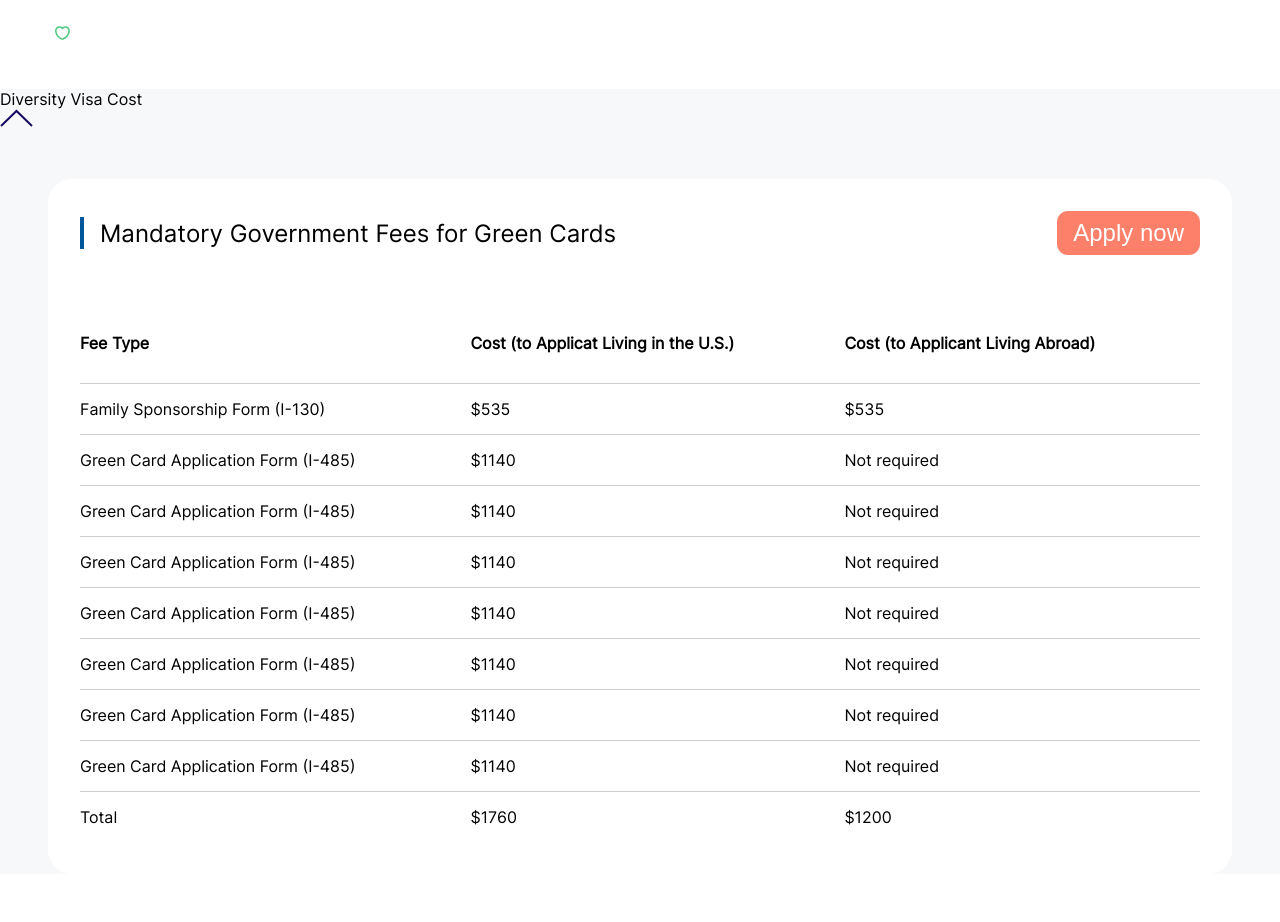
Repository: switch247/small_ui
Page: /, after clicking the first element matching `div.dropdown__clickable`
An editor plug-in stored every save of this project. The page is shown before and after the next save, followed by the edit.
The browser window is 1280 px wide. The pictures show the part of the page from y = 818 to 1770 px (the page is 1740 px tall before and 1770 px after).
The project was rebuilt for these pictures with package versions that can differ from the ones it lists, and the page was loaded fresh each time.

Above is the page before, as saved 2023-10-12 17:20:35.

### src/index.css
@font-face {
  font-family: Inter;
  src: url("./assets/fonts/Inter-Regular.ttf");
}

body {
  margin: 0;
  font-family: Inter;
}

code {
  font-family: source-code-pro, Menlo, Monaco, Consolas, "Courier New",
    monospace;
}

:root {
  --Verde: #4ac97d;
  --Dark_Blue: #1f3655;
  --Darker_Blue: #011527;
  --Cinza_Cairo: #e8e7e7;
  --Cinza_Cairo_2: #cdcbcb;
  --Azul_Escuro: #01264a;
  --Orange: #fd806b;
}

### src/App.tsx
import React from "react";
import "./App.css";
import Home from "./components/Home";
import TableView from "./components/Table";
import Description from "./components/Description";

function App() {
  return (
    <div className="App">
      <Home />
      <Description />
    </div>
  );
}

export default App;

### src/App.css
html {
  position: relative;
}

.App {
  height: 100%;
}

### src/components/Home.tsx
import React from "react";
import BorderdButton from "../elements/BorderdButton";
import "../css/components/Home.css";
import GreenCard from "./GreenCard";
import NumberCard from "../elements/NumberCard";

const Home = () => {
  return (
    <>
      <div className="app__background"></div>
      <main className="main">
        <header className="app__header">
          <img className="gov_assist_logo" src="/images/Govassist.png" alt="" />
          <BorderdButton text="Live Chat" color="white" />
        </header>
        <div className="main__container">
          <div className="main__left__contianer">
            <div className="main__left__title">
              Win the right to live{" "}
              <span style={{ color: "white" }}>
                {" "}
                <br /> in the USA!
              </span>
            </div>
            <div className="main__left__small_container">
              <div className="edge"></div>
              <div className="main__left__desc">
                The official deadline <br />
                is running, so hurry <br />
                up and{" "}
                <span
                  style={{ textDecoration: "underline", cursor: "pointer" }}
                >
                  apply here!
                </span>
              </div>
              <div className="number__list__container">
                <div>
                  <NumberCard number={27} desc="DAYS" />
                </div>
                <div>
                  <NumberCard number={24} desc="HOURS" />
                </div>
                <div>
                  <NumberCard number={60} desc="MINUTES" />
                </div>
                <div>
                  <NumberCard number={27} desc="SECONDS" />
                </div>
              </div>
            </div>
            <div className="main__left__lists">
              <div className="list">
                <img
                  className="list__img"
                  src="/images/🦆 icon _people_.svg"
                  alt=""
                />
                <div className="list__desc">
                  50,000 people and their families will Live, Work and Study in
                  USA.
                </div>
              </div>
              <div className="list">
                <img
                  className="list__img"
                  src="/images/🦆 icon _medal star_.svg"
                  alt=""
                />
                <div className="list__desc">
                  OFFICIAL USA Governmental program.
                </div>
              </div>
              <div className="list">
                <img
                  className="list__img"
                  src="/images/🦆 icon _wallet check_.svg"
                  alt=""
                />
                <div className="list__desc">
                  Your chance to LIVE, WORK & STUDY in USA.
                </div>
              </div>
              <div className="list">
                <img
                  className="list__img"
                  src="/images/🦆 icon _clock_.svg"
                  alt=""
                />
                <div className="list__desc">
                  Simple registration within 5 minutes.
                </div>
              </div>
              <div className="list">
                <img
                  className="list__img"
                  src="/images/🦆 icon _message_.svg"
                  alt=""
                />
                <div className="list__desc">
                  Personal support in every step.
                </div>
              </div>
              <div className="list">
                <img
                  className="list__img"
                  src="/images/🦆 icon _lovely_.svg"
                  alt=""
                />
                <div className="list__desc">
                  Double chance for married people to win the Green Card.
                </div>
              </div>
            </div>
          </div>
          <div className="main__right__contianer">
            <GreenCard />
          </div>
        </div>
      </main>
    </>
  );
};

export default Home;

### src/components/Description.tsx
import { useState } from "react";
import TableView from "./Table";
import "../css/components/Description.css";

const Description = () => {
  const [dropDownState, setDropDownState] = useState(false);
  let img_src = dropDownState ? "/images/up.svg" : "/images/down.svg";
  return (
    <div className="description__container">
      <div className="description__title"></div>
      <div className="description__dropdowns">
        <div className="dropdown">
          <div
            className="dropdown__clickable"
            onClick={() => {
              setDropDownState((dropDownState) => !dropDownState);
            }}
          >
            <div className="dropdown__title">Diversity Visa Cost</div>
            <img src={img_src} alt="" />
          </div>
          {dropDownState ? <TableView /> : null}
        </div>
      </div>
    </div>
  );
};

export default Description;

### src/elements/BorderdButton.tsx
import React from "react";
import "../css/elements/elements.css";

interface Props {
  borderColor?: string;
  text: string;
  color?: string;
  fontSize?: number;
}
const BorderdButton: React.FC<Props> = ({
  text,
  color,
  borderColor,
  fontSize,
}) => {
  return (
    <button
      className="borderd__button"
      style={{ color: color, borderColor: borderColor, fontSize: fontSize }}
    >
      {text}
    </button>
  );
};

export default BorderdButton;

### src/css/components/Home.css
html {
  position: relative;
  font-family: Inter;
}

.App {
  height: 100%;
}

.app__background {
  position: absolute;
  top: 0;
  left: 0;
  z-index: -9;
  background: url("../../../public/images/background.gif");
  background-repeat: no-repeat;
  background-size: cover;
  background-clip: border-box;
  width: 100%;
  height: 100vh;
}

.app__header {
  display: flex;
  background-color: var(--Dark_Blue);
  justify-content: space-between;
  align-items: center;
  padding: 0.5rem 2rem;
  margin: 2rem 3rem;
  border-top-right-radius: 0.7rem;
  border-bottom-right-radius: 0.7rem;
  border-top-left-radius: 0.7rem;
  border-bottom-left-radius: 0.7rem;
}
.gov_assist_logo {
  width: 10rem;
  aspect-ratio: 2/1;
}

.main__container {
  /* width: 100%; */
  display: flex;
  /* gap: 2rem; */
  margin: 3rem;
  justify-content: space-between;
}

.main__left__contianer {
  display: flex;
  flex-direction: column;
  gap: 2rem;
  flex: 1;
}
.main__left__title {
  font-size: 4rem;
  font-style: normal;
  font-weight: 700;
  color: var(--Verde);
}
.main__left__small_container {
  display: flex;
  justify-content: flex-start;
  align-items: center;
  gap: 1rem;
}
.edge {
  width: 5px;
  height: 4.5rem;
  background-color: #d9d9d9;
}
.number__list__container {
  display: flex;
  gap: 0.5rem;
}
.main__left__desc {
  font-size: 1.5rem;
  font-weight: 500;
  color: white;
}
.main__left__lists {
  display: flex;
  flex-direction: column;
  gap: 1rem;
}
.list {
  display: flex;
  gap: 1rem;
}
.list__img {
  width: 1.4rem;
  aspect-ratio: 1/1;
}
.list__desc {
  color: white;
}
.main__right__contianer {
  flex: 1;
  display: flex;
  justify-content: flex-end;
}

### src/components/GreenCard.tsx
import CustomInput from "../elements/CustomInput";
import "../css/components/GreenCard.css";
import CurvedButton from "../elements/CurvedButton";

const GreenCard = () => {
  return (
    <div className="card__container">
      <div className="small__title">
        <img className="arrow_image" src="/images/right_arrow.svg" alt="" />
        <div className="small_title_1">Check now for free</div>
      </div>
      <div className="main__title">Green card eligibility</div>
      <div className="card__name">
        <CustomInput placeholder="First Name" />
        <CustomInput placeholder="Last Name" />
      </div>
      <div className="card__email">
        <CustomInput placeholder="Email Address" />
        <CustomInput placeholder="Your email" />
      </div>
      <div className="card__country">
        <CustomInput placeholder="Your country of birth" />
      </div>

      <div className="card__marital">
        <CustomInput placeholder="Marital status" />
      </div>
      <div className="card_check">
        <input className="checkbox" type="checkbox" />
        <div>Yes, I finished high school OR I have qualifying training.</div>
      </div>
      <div className="card__continue">
        <CurvedButton
          text="Continue"
          color="white"
          backgroundColor="##4AC97D"
          fontSize={20}
        />
      </div>
    </div>
  );
};

export default GreenCard;

### src/elements/NumberCard.tsx
import React from "react";

interface Props {
  number: number;
  desc: string;
}
const NumberCard: React.FC<Props> = ({ number, desc }) => {
  return (
    <div className="number__container">
      <div className="number">{number}</div>
      <div className="desc">{desc}</div>
    </div>
  );
};

export default NumberCard;

### src/components/Table.tsx
import React from "react";
import "../css/components/Table.css";
import CurvedButton from "../elements/CurvedButton";

interface Props {}

const TableView: React.FC<Props> = () => {
  return (
    <div className="tableview__container">
      <div className="tableview__header">
        <div className="left__coint"></div>
        <div className="tableview__title">
          Mandatory Government Fees for Green Cards
        </div>
        <div className="tableview__curved__btn">
          <CurvedButton
            text="Apply now"
            color="white"
            backgroundColor="#fd806b"
            fontSize={24}
          />
        </div>
      </div>
      <table>
        <thead>
          <tr>
            <th>Fee Type</th>
            <th>Cost (to Applicat Living in the U.S.)</th>
            <th>Cost (to Applicant Living Abroad)</th>
          </tr>
        </thead>
        <tbody>
          <tr>
            <td>Family Sponsorship Form (I-130)</td>
            <td>$535</td>
            <td>$535</td>
          </tr>
          <tr>
            <td>Green Card Application Form (I-485)</td>
            <td>$1140</td>
            <td>Not required</td>
          </tr>
          <tr>
            <td>Green Card Application Form (I-485)</td>
            <td>$1140</td>
            <td>Not required</td>
          </tr>
          <tr>
            <td>Green Card Application Form (I-485)</td>
            <td>$1140</td>
            <td>Not required</td>
          </tr>
          <tr>
            <td>Green Card Application Form (I-485)</td>
            <td>$1140</td>
            <td>Not required</td>
          </tr>
          <tr>
            <td>Green Card Application Form (I-485)</td>
            <td>$1140</td>
            <td>Not required</td>
          </tr>
          <tr>
            <td>Green Card Application Form (I-485)</td>
            <td>$1140</td>
            <td>Not required</td>
          </tr>
          <tr>
            <td>Green Card Application Form (I-485)</td>
            <td>$1140</td>
            <td>Not required</td>
          </tr>
          <tr>
            <td className="footer">Total</td>
            <td className="footer">$1760</td>
            <td className="footer">$1200</td>
          </tr>
        </tbody>
      </table>
    </div>
  );
};

export default TableView;

### src/css/components/Description.css
.description__container {
  background-color: #f7f8f9;
}

### src/css/elements/elements.css
.curved__button {
  background-color: var(--Verde);
  outline: none;
  border: none;
  border-top-right-radius: 0.7rem;
  border-bottom-right-radius: 0.7rem;
  border-top-left-radius: 0.7rem;
  border-bottom-left-radius: 0.7rem;
  padding: 0.5rem 1rem;
  transition: all 200ms linear;
  cursor: pointer;
  flex: 1;
}

.curved__button:hover {
  background-color: var(--Verde);
}

.borderd__button {
  outline: none;
  border: 2px solid var(--Cinza_Cairo);
  border-top-right-radius: 0.3rem;
  border-bottom-right-radius: 0.3rem;
  border-top-left-radius: 0.3rem;
  border-bottom-left-radius: 0.3rem;
  padding: 0.7rem 1.2rem;
  transition: all 200ms linear;
  cursor: pointer;
  background-color: rgba(255, 255, 255, 0);
}

.custom_input {
  border: none;
  border-top-right-radius: 0.5rem;
  border-bottom-right-radius: 0.5rem;
  border-top-left-radius: 0.5rem;
  border-bottom-left-radius: 0.5rem;
  font-style: italic;
  padding: 0.7rem 0.7rem;
  background-color: var(--Cinza_Cairo);
  flex: 1;
  font-size: 1.2rem;
}
.custom_input:focus {
  outline: none;
}

.custom_input::placeholder {
  font-style: italic;
  color: var(--Cinza_Cairo_2);
  font-weight: 200;
  font-family: Inter;
}

.number__container {
  width: fit-content;
  display: flex;
  flex-direction: column;
  align-items: center;
  padding: 0.5rem 1rem;
  border-top-right-radius: 0.7rem;
  border-bottom-right-radius: 0.7rem;
  border-top-left-radius: 0.7rem;
  border-bottom-left-radius: 0.7rem;
  background-color: #080f1a;
}
.number {
  font-size: 2rem;
  font-weight: 800;
  color: white;
}
.desc {
  font-size: 0.7rem;
  font-weight: 300;
  color: #a5deff;
}

### src/elements/CustomInput.tsx
import React from "react";
import "../css/elements/elements.css";

interface Props {
  placeholder?: string;
  color?: string;
  placholderColor?: string;
  fontSize?: number;
}
const CustomInput: React.FC<Props> = ({
  color,
  placeholder,
  placholderColor,
}) => {
  return (
    <input
      className="custom_input"
      type="text"
      placeholder={placeholder}
      color={color}
    />
  );
};

export default CustomInput;

### src/css/components/GreenCard.css
.card__container {
  /* width: 40%; */
  width: fit-content;
  background-color: white;
  padding: 2.2rem;
  display: flex;
  flex-direction: column;
  align-items: center;
  justify-content: center;
  gap: 1.5rem;
  border-radius: 50px;
}
.small__title {
  display: flex;
  align-self: start;
  align-items: center;
  gap: 1rem;
  color: var(--Verde);
  font-weight: 600;
  font-size: 1.2rem;
}
.arrow_image {
  width: 1.4rem;
  aspect-ratio: 1/1;
}
.small_title_1 {
}
.checkbox {
  border: 4px solid black;
  border-radius: 4px;
}
.main__title {
  font-size: 48px;
  font-weight: 700;
}
.card__name {
  display: flex;
  width: 100%;
  gap: 0.5rem;
  justify-content: space-between;
}
.card__email {
  display: flex;
  width: 100%;
  gap: 0.5rem;
  justify-content: space-between;
}
.card__country {
  width: 100%;
  display: flex;
}

.card__marital {
  width: 100%;
  display: flex;
}

.card_check {
  align-self: flex-start;
  display: flex;
  gap: 1rem;
}
.card__continue {
  width: 100%;
  display: flex;
}

### src/elements/CurvedButton.tsx
import React from "react";
import "../css/elements/elements.css";

interface Props {
  backgroundColor?: string;
  text: string;
  color?: string;
  fontSize?: number;
}
const CurvedButton: React.FC<Props> = ({
  backgroundColor,
  color,
  text,
  fontSize,
}) => {
  return (
    <button
      className="curved__button"
      style={{
        backgroundColor: backgroundColor,
        color: color,
        fontSize: fontSize,
      }}
    >
      {text}
    </button>
  );
};

export default CurvedButton;

### src/css/components/Table.css
.tableview__container {
  /* width: 100%; */
  margin: 3rem;
  padding: 2rem;
  background-color: white;
  border-top-right-radius: 1.5rem;
  border-bottom-right-radius: 1.5rem;
  border-top-left-radius: 1.5rem;
  border-bottom-left-radius: 1.5rem;
}
.tableview__header {
  display: flex;
  justify-content: flex-start;
  align-items: center;
  gap: 1rem;
  margin-bottom: 3rem;
}
.tableview__title {
  flex-grow: 1;
  font-size: 1.5rem;
}
.tableview__curved__btn {
  align-self: flex-end;
}
.left__coint {
  width: 4px;
  height: 2rem;
  background-color: #00579b;
}
table {
  border-collapse: collapse;
  width: 100%;
}
th {
  align-self: flex-start;
}
th,
td {
  text-align: start;
}

th {
  padding: 30px 0px;
}
td {
  padding: 15px 0px;
}
table td {
  border-top: 1px solid #ccc;
  margin: 1rem;
}

Loaded but not shown: public/index.html (common file); src/index.tsx (common file)

After the next save:
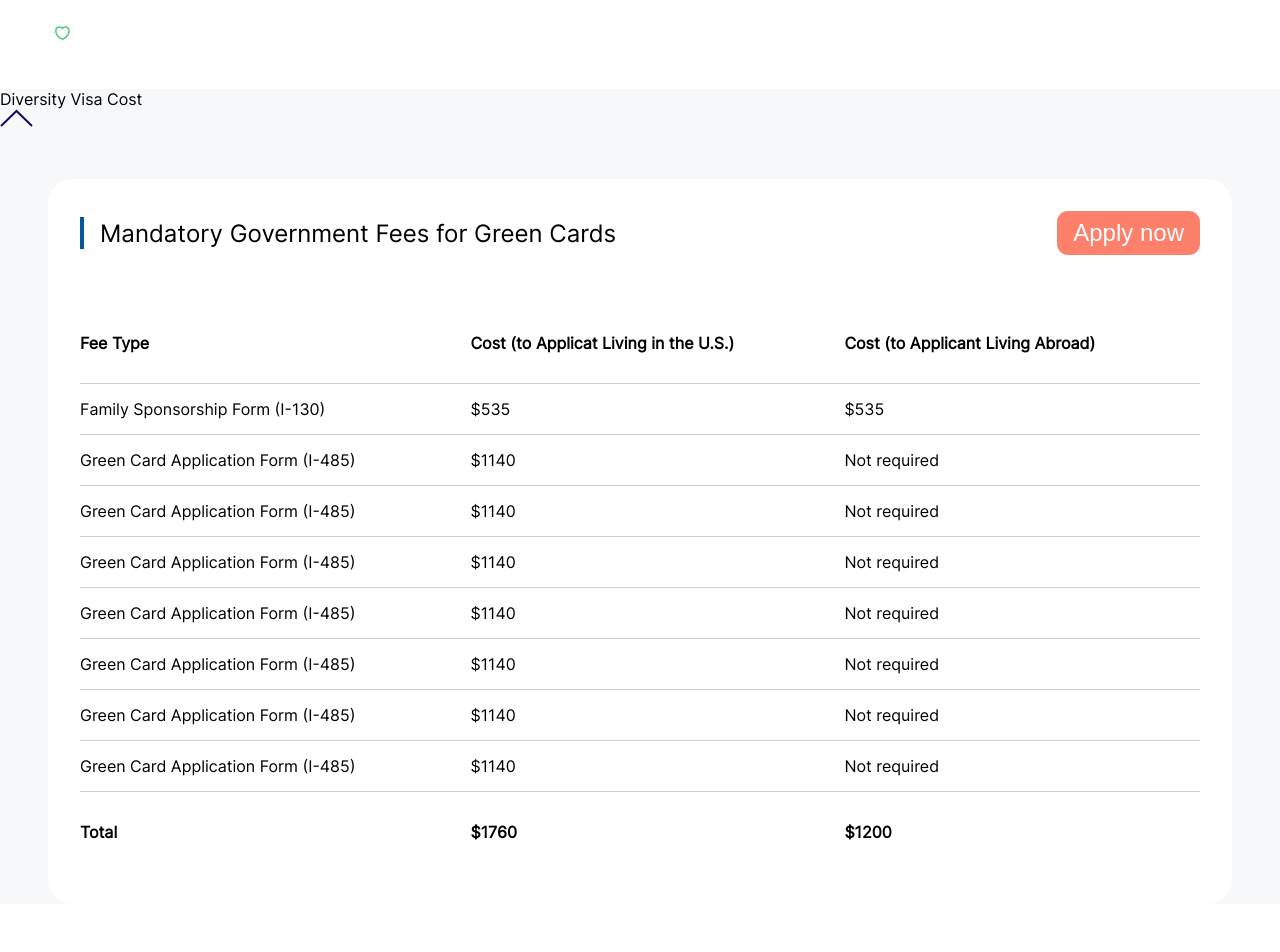
Saved 35 s later.
--- a/src/css/components/Table.css
+++ b/src/css/components/Table.css
@@ -49,3 +49,8 @@ table td {
   border-top: 1px solid #ccc;
   margin: 1rem;
 }
+
+.footer {
+  padding: 30px 0px;
+  font-weight: bold;
+}
